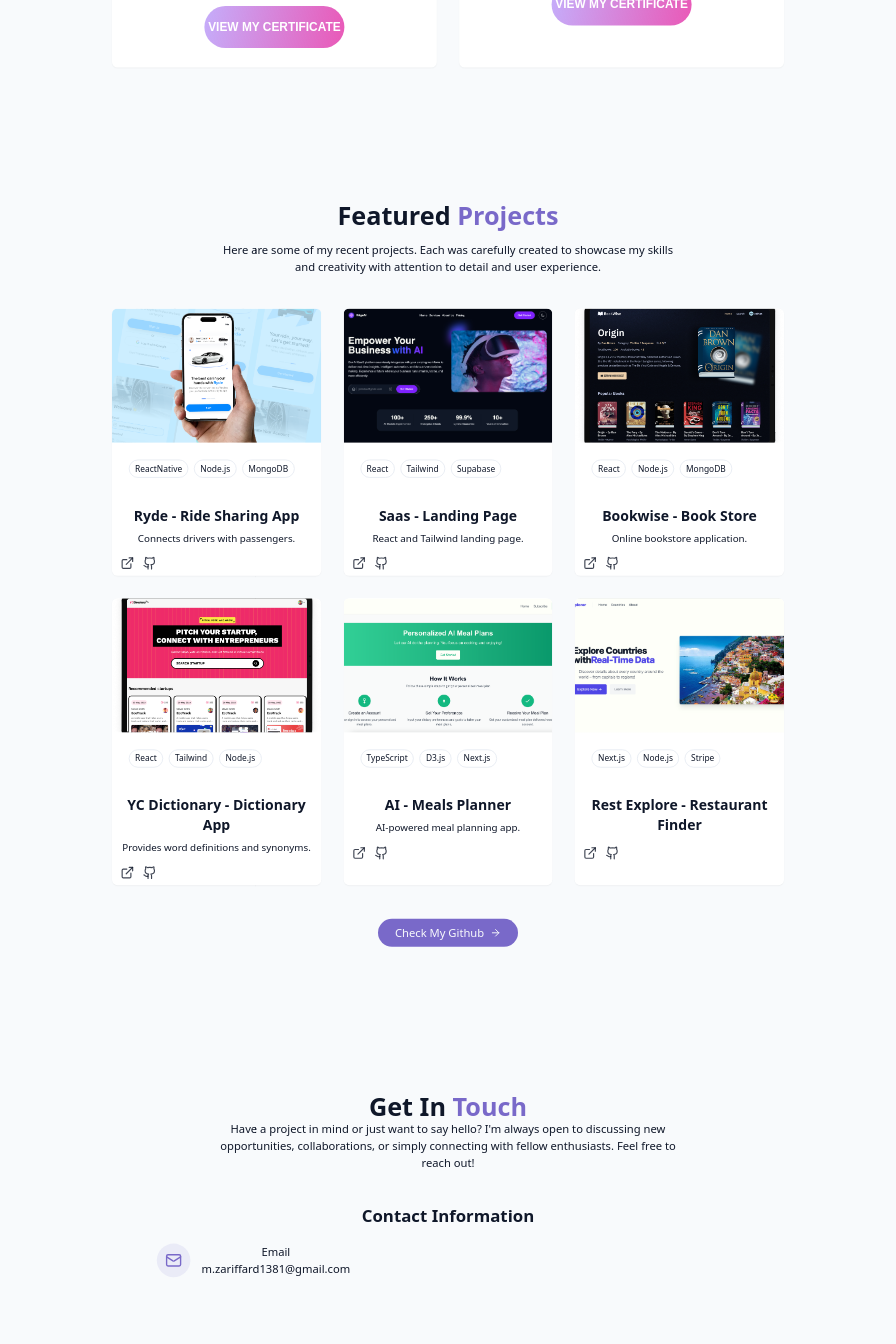
Repository: mOzariffard/Portfolio
Page: /
The author's editor kept a copy of each file at every save. The page is drawn from the files as they stood at one save, then again after the next save.
The browser window is 1280 px wide. The pictures show the part of the page from y = 3792 to 5712 px (the page is 5712 px tall before and 5664 px after), at 70% of full size.
The project was rebuilt for these pictures with package versions that can differ from the ones it lists, and the page was loaded fresh each time. Also part of the build but not shown: vite.config.js, src/pages/NotFound.jsx.

Above is the page before, as saved 2025-06-30 17:28:49.

After the next save:
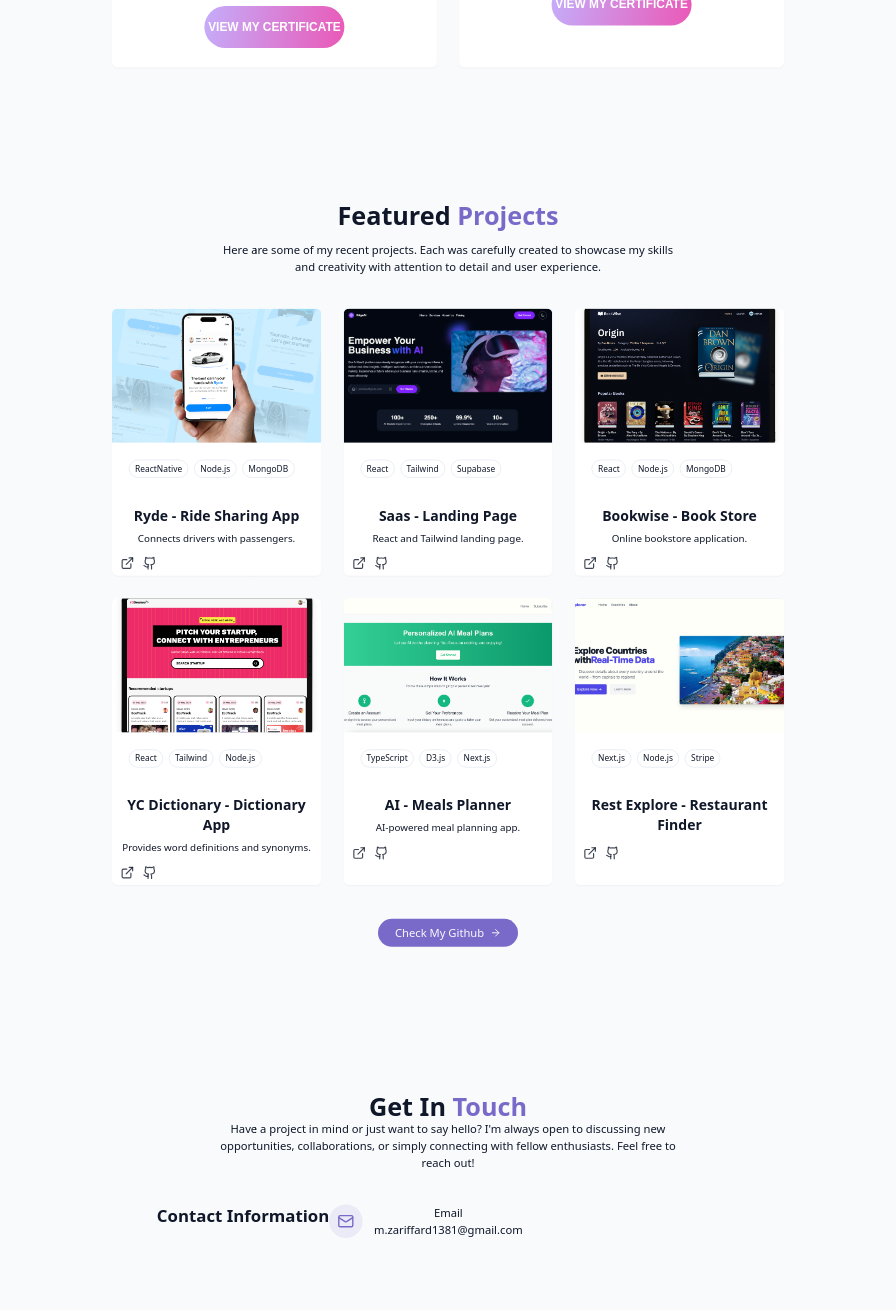
Saved 45 s later.
--- a/src/components/ContactSection.jsx
+++ b/src/components/ContactSection.jsx
@@ -20,8 +20,8 @@
          {/*  CONTACT ITEMS */}
          <div className='gird grid-cols-1 md:grid-cols-2 gap-12'>
 
-            <div className='space-y-8 justify-between'>
-                <h3 className='text-2xl font-semibold mb-6'> Contact Information </h3>
+            <div className=' flex items-start space-y-8'>
+                <h3 className='text-2xl font-semibold mb-6 '> Contact Information </h3>
 
                 <div className='space-y-6 justify-center'>
 

After the 2 saves that followed:
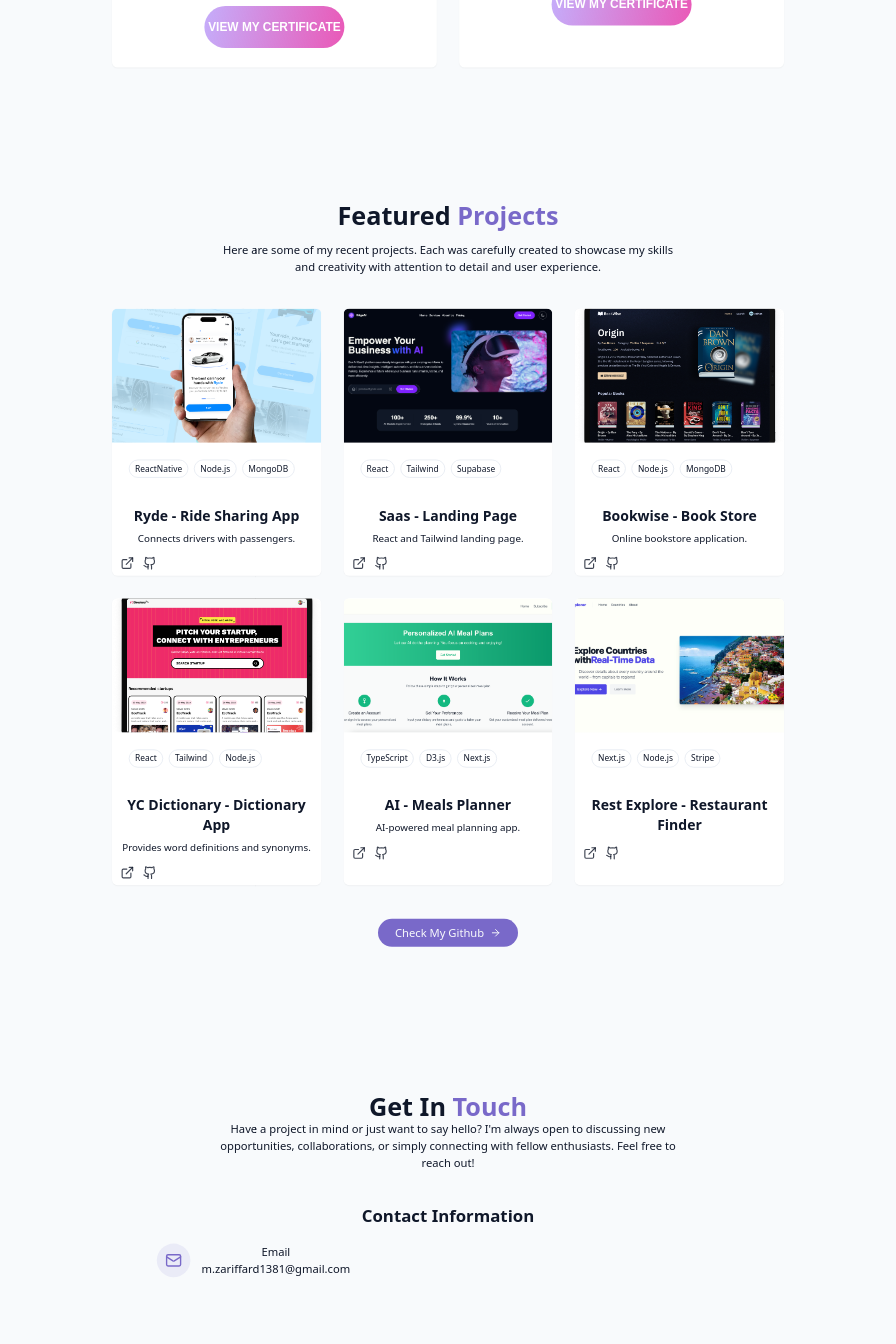
The 2 saves are shown as one change because 1 left the picture as it was.
The last was saved 8 s later.
--- a/src/components/ContactSection.jsx
+++ b/src/components/ContactSection.jsx
@@ -20,7 +20,7 @@
          {/*  CONTACT ITEMS */}
          <div className='gird grid-cols-1 md:grid-cols-2 gap-12'>
 
-            <div className=' flex items-start space-y-8'>
+            <div className='space-y-8'>
                 <h3 className='text-2xl font-semibold mb-6 '> Contact Information </h3>
 
                 <div className='space-y-6 justify-center'>
